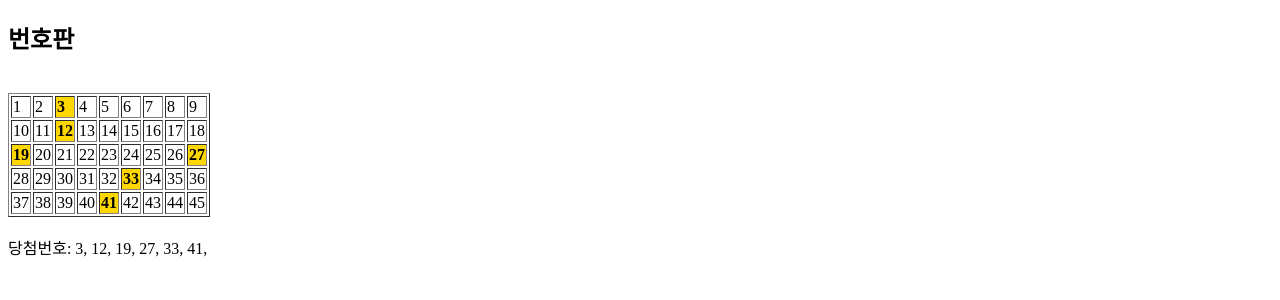
Repository: lhk21go-commits/Jsp2026
Page: http://localhost/chapter01/example_lotto.jsp
An editor plug-in stored every save of this project. The page is shown before and after the next save, followed by the edit.
The browser window is 1280 px wide. The pictures show the whole page.
The page is served by Tomcat 9.

Above is the page before, as saved 2026-10-16 07:59:14.

### chapter01/src/main/webapp/example_lotto.jsp
<%@ page language="java" contentType="text/html; charset=UTF-8"
    pageEncoding="UTF-8" import="java.util.*"%>
<!DOCTYPE html>
<html>
<head>
<meta charset="UTF-8">
<title>Insert title here</title>
	<style>
		tr, td{
			text-alien: center;
		}
	</style>
</head>
<body>

	<h2>번호판</h2>
	<br/>
	<%! int count = 1;
		int[] winNums = {3,12,19,27,33,41};

		public boolean isWinning(int num){
			boolean result = false;
			for(int i=0;i<winNums.length; i++){
				if(winNums[i] == num){
					result = true;
					break;
				}
			}
			return result;
		};
	%>
	<table border="1">
	<% count = 1;
		for(int i=1; i<=5; i++){	%>
		<tr>
			<%	for(int j=1; j<=9; j++){	%>
			<td style= background-color:<%=isWinning(count) ? "gold" : "white" %>>
				<%=isWinning(count) ? ("<b>"+count+"</b>") : count %>
			</td>
			<% count++;
			}; %>
		</tr>
		<%}; %>
	</table>
	<br/>
	<span>당첨번호:</span>
		<% for(int i=0; i<winNums.length; i++){
				out.print(winNums[i] + ", ");
			};
		%>


</body>
</html>

After the next save:
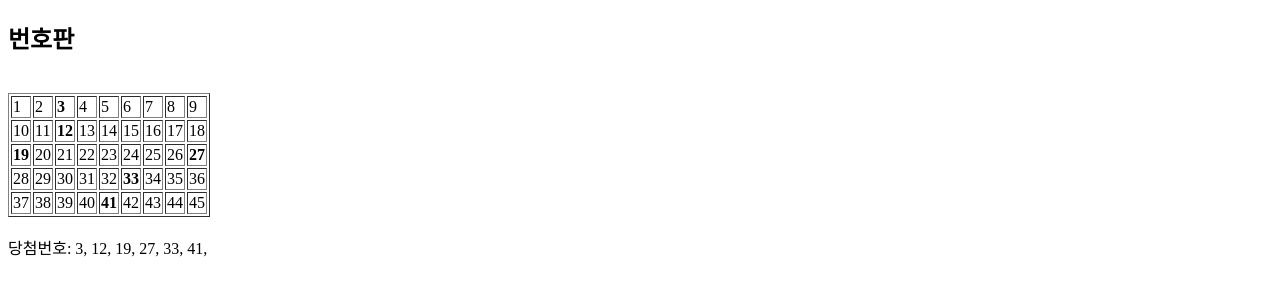
Saved 55 s later.
--- a/chapter01/src/main/webapp/example_lotto.jsp
+++ b/chapter01/src/main/webapp/example_lotto.jsp
@@ -5,11 +5,7 @@
 <head>
 <meta charset="UTF-8">
 <title>Insert title here</title>
-	<style>
-		tr, td{
-			text-alien: center;
-		}
-	</style>
+
 </head>
 <body>
 
@@ -34,7 +30,7 @@
 		for(int i=1; i<=5; i++){	%>
 		<tr>
 			<%	for(int j=1; j<=9; j++){	%>
-			<td style= background-color:<%=isWinning(count) ? "gold" : "white" %>>
+			<td style= text-alien: center; background-color:<%=isWinning(count) ? "gold" : "white" %>>
 				<%=isWinning(count) ? ("<b>"+count+"</b>") : count %>
 			</td>
 			<% count++;

After the save that followed:
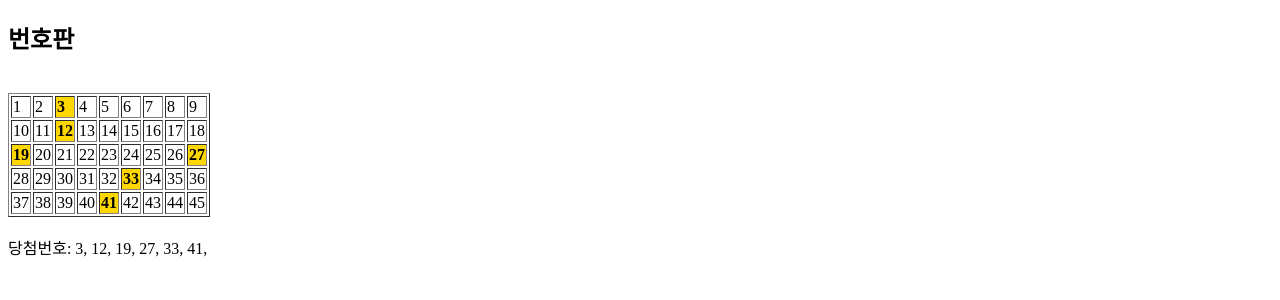
Saved 11 s later.
--- a/chapter01/src/main/webapp/example_lotto.jsp
+++ b/chapter01/src/main/webapp/example_lotto.jsp
@@ -30,7 +30,7 @@
 		for(int i=1; i<=5; i++){	%>
 		<tr>
 			<%	for(int j=1; j<=9; j++){	%>
-			<td style= text-alien: center; background-color:<%=isWinning(count) ? "gold" : "white" %>>
+			<td style= background-color:<%=isWinning(count) ? "gold" : "white" %>>
 				<%=isWinning(count) ? ("<b>"+count+"</b>") : count %>
 			</td>
 			<% count++;
